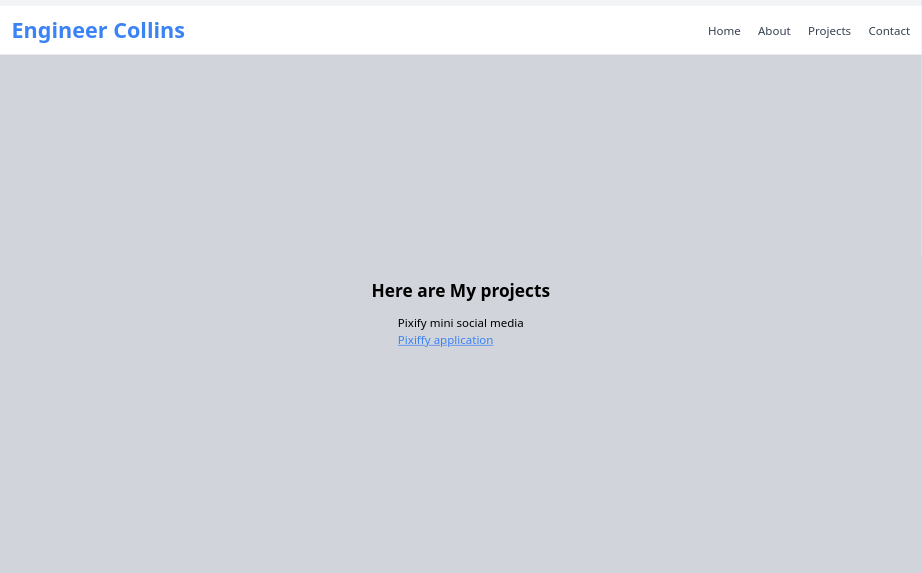
Repository: Engineer-collo/Portfolio
Page: /projects
An editor plug-in stored every save of this project. The page is shown before and after a run of saves, followed by the edit.
The browser window is 1280 px wide. The pictures show the whole page, at 72% of full size.
The project was rebuilt for these pictures with package versions that can differ from the ones it lists, and the page was loaded fresh each time. Also part of the build but not shown: vite.config.js, src/pages/Footer.jsx, src/pages/HomePage.jsx, src/pages/About.jsx, src/pages/Contact.jsx, src/pages/Blog.jsx, src/pages/Skills.jsx.

Above is the page before, as saved 2025-06-07 16:31:12.

After the next 2 saves:
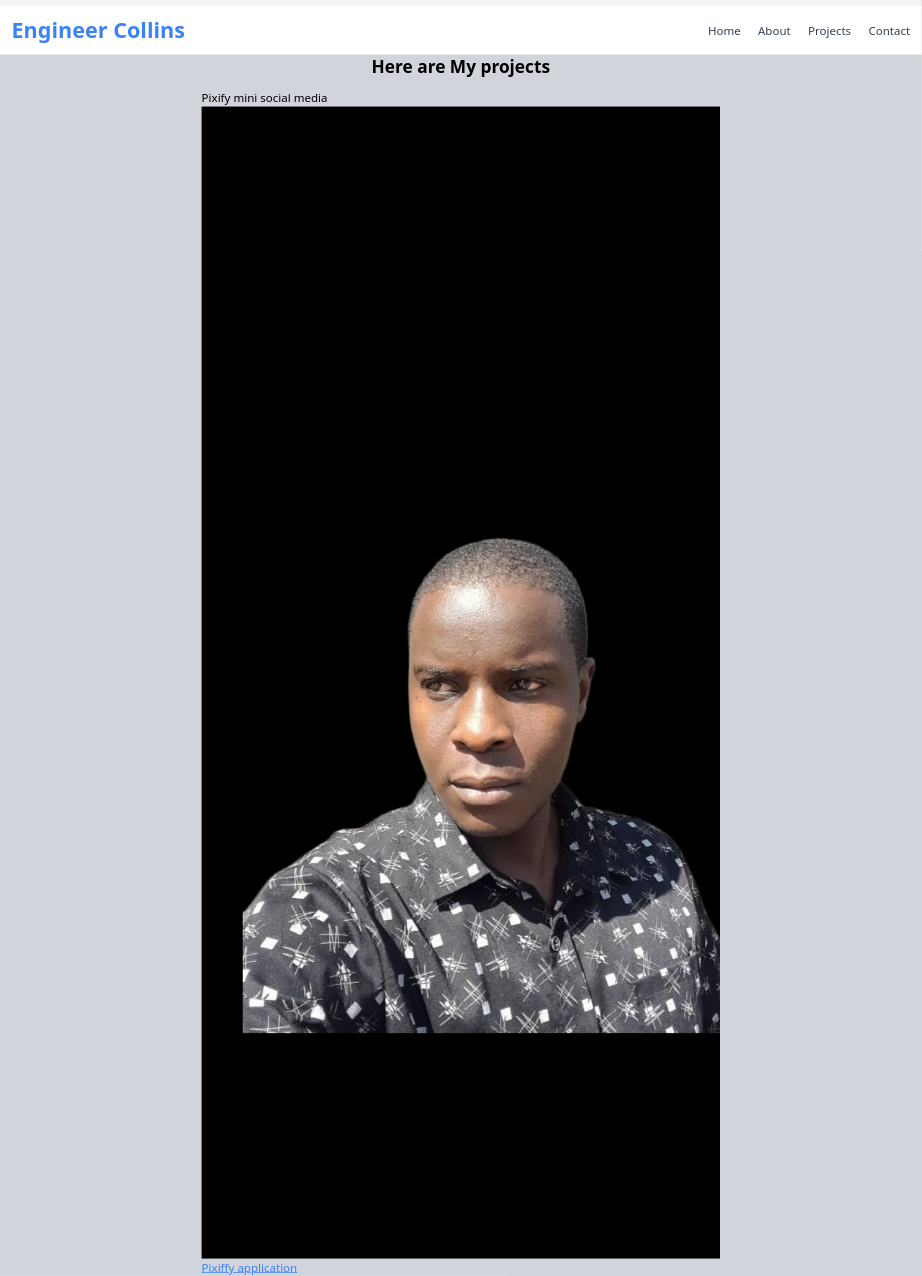
The 2 saves are shown as one change because they came seconds apart.
The last was saved 27 s later.
--- a/src/pages/Projects.jsx
+++ b/src/pages/Projects.jsx
@@ -9,7 +9,7 @@
                     <h1 className="text-center text-2xl font-bold mb-4">Here are My projects</h1>
                     <div>
                     <h3>Pixify mini social media</h3>
-                    <img src="/" alt="" />
+                    <img src="/picture.png" alt="" />
                     <a
                         href="https://pixi-fy-hrmt.vercel.app/"
                         className="text-blue-500 underline hover:text-blue-700"

After the 3 saves that followed:
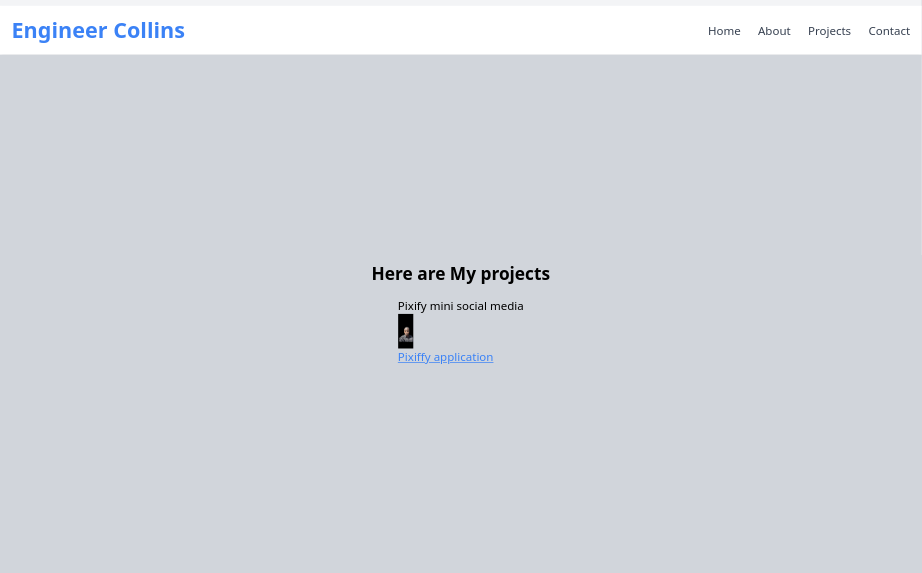
The 3 saves are shown as one change because 1 left the picture as it was and some came seconds apart.
The last was saved 23 s later.
--- a/src/pages/Projects.jsx
+++ b/src/pages/Projects.jsx
@@ -9,7 +9,7 @@
                     <h1 className="text-center text-2xl font-bold mb-4">Here are My projects</h1>
                     <div>
                     <h3>Pixify mini social media</h3>
-                    <img src="/picture.png" alt="" />
+                    <img className="h-12" src="/picture.png" alt="" />
                     <a
                         href="https://pixi-fy-hrmt.vercel.app/"
                         className="text-blue-500 underline hover:text-blue-700"
